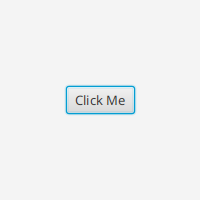
Repository: quasio007/AllMyWork
Program's window: java workspace/JavaFX/src/application/Main.java
An editor plug-in stored every save of this project. The program's window is shown before and after the next save, followed by the edit.
It runs on Java 21 on a 1366 x 768 screen with JavaFX 11; the title bar is not drawn.

Above is the program's window before, as saved 2017-05-17 15:39:37.

After the next save:
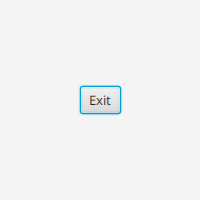
Saved 25 s later.
--- a/workspace/JavaFX/src/application/Main.java
+++ b/workspace/JavaFX/src/application/Main.java
@@ -48,7 +48,7 @@
 			// scene.getStylesheets().add(getClass().getResource("application.css").toExternalForm());
 //			Add Scene to Stage:
 			primaryStage.setScene(scene1);
-
+			primaryStage.setScene(scene);
 			primaryStage.show();
 		} catch (Exception e) {
 			System.out.println("Error Occured");

After the save that followed:
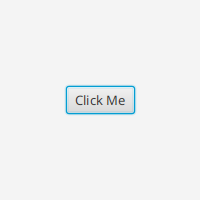
Saved 52 s later.
--- a/workspace/JavaFX/src/application/Main.java
+++ b/workspace/JavaFX/src/application/Main.java
@@ -48,7 +48,7 @@
 			// scene.getStylesheets().add(getClass().getResource("application.css").toExternalForm());
 //			Add Scene to Stage:
 			primaryStage.setScene(scene1);
-			primaryStage.setScene(scene);
+			primaryStage.setScene(scene1);
 			primaryStage.show();
 		} catch (Exception e) {
 			System.out.println("Error Occured");
